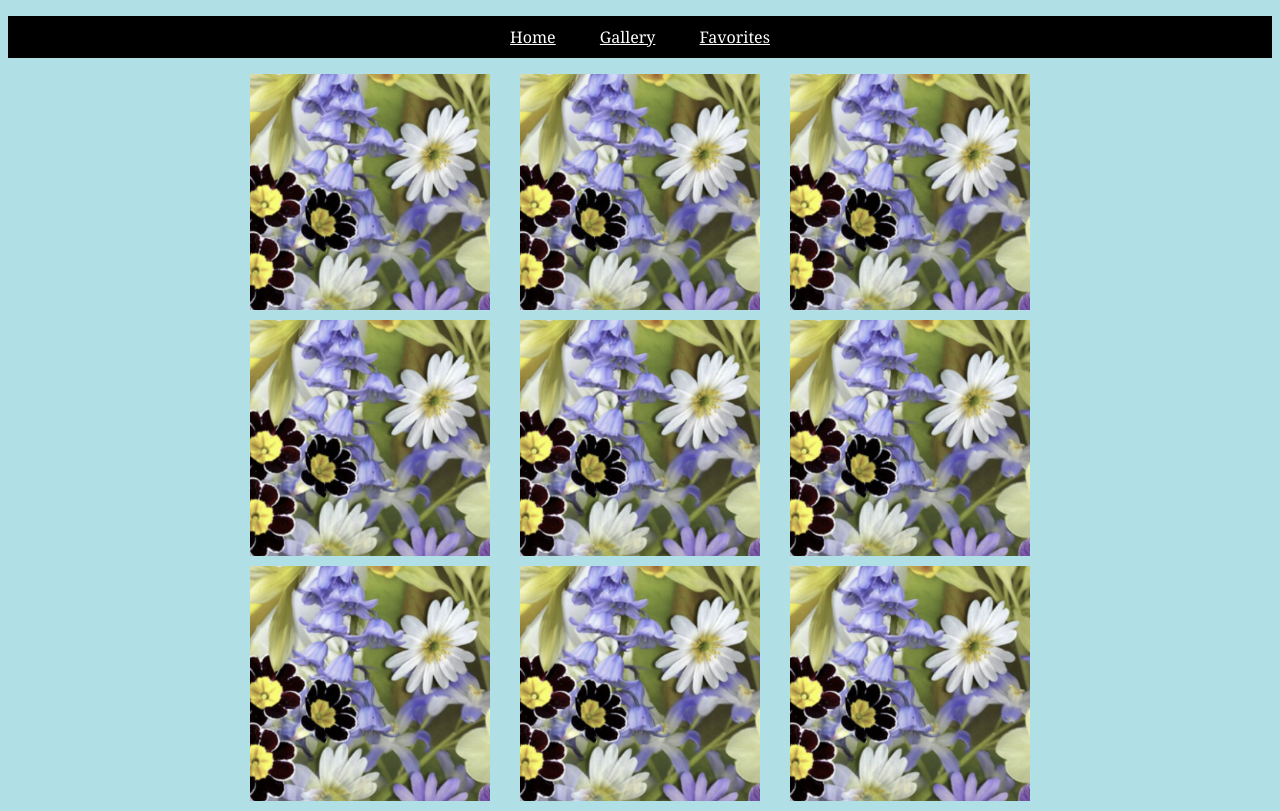
Repository: Brittany-Westlund/WebDesign
Page: Assignment3/gallery.html
These files come from the project's save history. The page is drawn as it stood at one moment and after the next save; the edit follows.
The browser window is 1280 px wide. The pictures show the whole page.

Above is the page before, as saved 2025-06-04 23:16:35.

### Assignment3/gallery.html
<!DOCTYPE html>
<html lang="en">
<head>
    <meta charset="UTF-8">
    <title>Pride and Prejudice Info</title>
    <link rel="stylesheet" href="style/style.css">
</head>

<body>

<nav>
  <ul>
    <li><a href="index.html">Home</a></li>
    <li><a href="gallery.html">Gallery</a></li>
    <li><a href="favorites.html">Favorites</a></li>
  </ul>
</nav>

<div id="gallery">
  <img src="images/wildflowers-square.png" alt="A closeup of wildflowers.">
  <img src="images/wildflowers-square.png" alt="A closeup of wildflowers.">
  <img src="images/wildflowers-square.png" alt="A closeup of wildflowers.">
  <img src="images/wildflowers-square.png" alt="A closeup of wildflowers.">
  <img src="images/wildflowers-square.png" alt="A closeup of wildflowers.">
  <img src="images/wildflowers-square.png" alt="A closeup of wildflowers.">
  <img src="images/wildflowers-square.png" alt="A closeup of wildflowers.">
  <img src="images/wildflowers-square.png" alt="A closeup of wildflowers.">
  <img src="images/wildflowers-square.png" alt="A closeup of wildflowers.">
</div>

</body>
</html>

### Assignment3/style/style.css
/* Here is my body styling. It applies to all of the content on the page. */
    body {
        background-color: #B0E0E6;
        font-family: Georgia, serif;
    }

/* Here is my header styling */
    header {
        border: 5px solid #000000;
        padding: 20px;
        text-align: center;
        background-color: #FFFAFA;
        margin-bottom: 10px;
    }

/* Here is my navigation styling, including list and link styling */
    nav {
        max-width: 100%;
        margin: 0 auto;
        background-color: #000000;
    }

    ul {

        padding: 5px;
        text-align: center;
    }

    li {
        list-style-type: none;
        display: inline-block;
        margin: 0 10px;
        padding: 5px 10px;
    }

    a {
        color: #FFFFFF;
    }

/* Here is my chapter styling */
    .chapter {
        max-width: 100%;
        background-color: #FFFAFA;
        padding: 10px;
        border: 5px solid #000000;
        margin-top: 10px;
        font-family: Tahoma, sans-serif;
    }

/* Here is my flexbox styling */
    #gallery {
    display: flex;
    flex-wrap: wrap;
    justify-content: center;
    max-width: 800px; /* optional: keeps the grid from stretching too far */
    margin: 0 auto;
    margin-bottom: 10px;
    }

    #gallery img {
    width: 30%; /* three images per row (3 x 30% + gaps) */
    height: auto;
    }

/* Centers the h3 inside the div */
    div h3 {
        text-align: center;
    }

/* Here is my footer styling */
    footer {
        background-color: #000000;
        color: #FFFFFF;
        padding: 5px;
        text-align: center;
        margin-top: 10px;
    }

/* Here is my image styling */
    img {
        display: block;
        max-width: 100%;
        margin: 0 auto;
    }

/* Here is my table styling */
    h2 {
        text-align: center;
    }

    table {
        width: 78%;
        margin: 0 auto;
        margin-bottom: 30px;
        background-color: #fdfdfd;
        border: 1px solid #ccc;
        border-radius: 4px;
    }

    th, td {
        padding: 12px;
        border: 1px solid #ccc;
        text-align: left;
    }

    th {
        background-color: #f5f5f5;
        font-weight: bold;
        color: #5a3e36;
    }

/* Here is my form styling */
    form {
        background-color: #f9f7f1;
        padding: 20px;
        border-radius: 10px;
        border: 1px solid #ccc;
        width: 75%;
        margin: 0 auto;
    }

    fieldset {
        border: none;
        padding: 0;
    }

    legend {
        font-size: 1.2rem;
        font-weight: bold;
        margin-bottom: 15px;
    }

    label {
        display: block;
        margin-top: 15px;
        font-weight: bold;
    }

    input[type="text"],
    input[type="email"],
    select {
        width: 100%;
        margin: 0 auto;
        padding: 8px;
        margin-top: 5px;
        font-size: 1rem;
        border: 1px solid #aaa;
        border-radius: 5px;
        box-sizing: border-box;
    }

    button {
        margin-top: 20px;
        background-color: #5a3e36;
        color: white;
        padding: 10px 20px;
        font-size: 1rem;
        border: none;
        border-radius: 6px;
        cursor: pointer;
    }

    button:hover {
        background-color: #7a564f;
    }

/* Here is my flexbox styling */
    div {
        display: flex;
        flex-wrap: wrap;
        justify-content: center;
        gap: 10px; /* spacing between images */
        max-width: 600px; /* optional: keeps the grid from stretching too far */
        margin: 0 auto;
    }

    div img {
        width: 30%; /* three images per row (3 x 30% + gaps) */
        height: auto;
    }






 /* Mobile Styles for Screens 600px or Smaller */
@media (max-width: 600px) {

    body {
        font-size: 16px;
        padding: 10px;
    }

    li {
        display: block;  /* Makes the list items stack vertically */
        margin: 10px 0;
    }

    nav {
        text-align: center;
    }

    header, .chapter, footer {
        padding: 10px;  /* Adds padding to header, .chapter, AND footer content */
    }

}

After the next save:
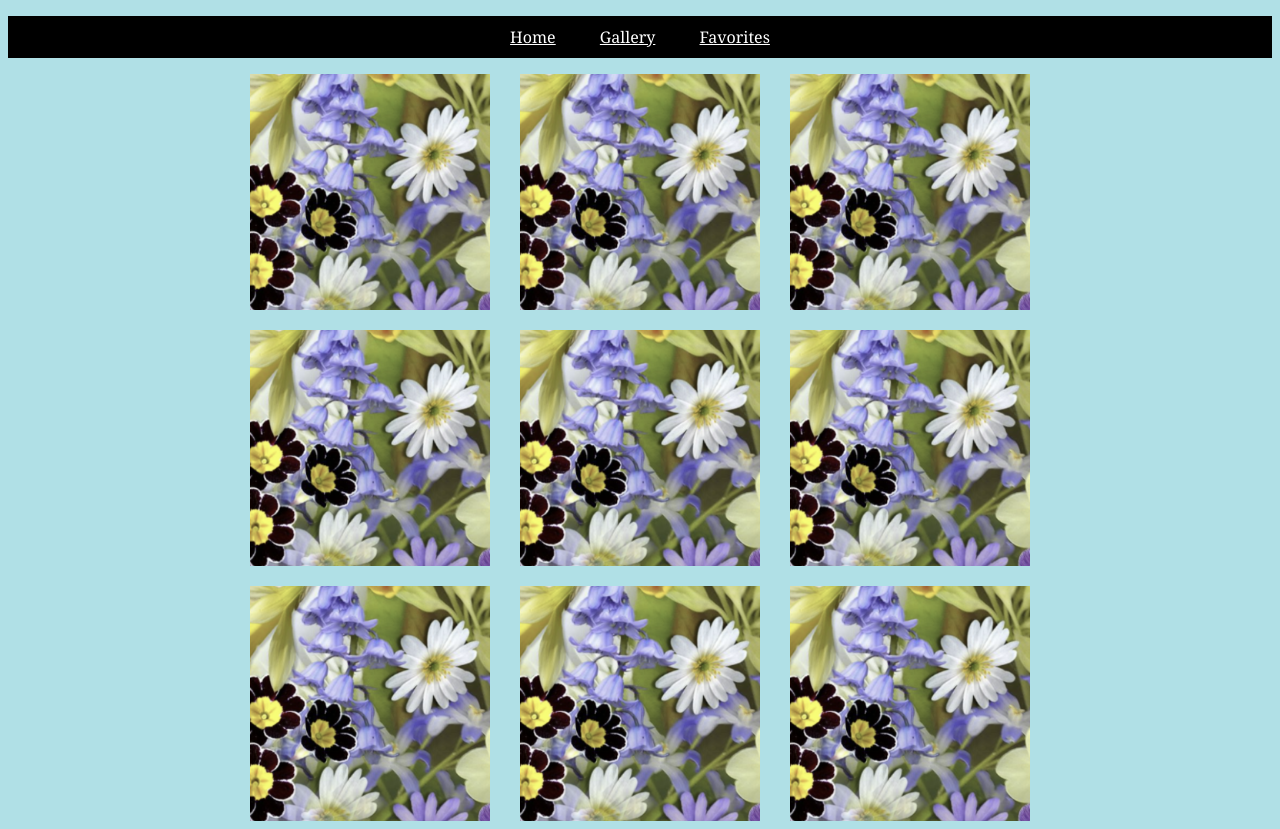
Saved 54 s later.
--- a/Assignment3/style/style.css
+++ b/Assignment3/style/style.css
@@ -54,7 +54,8 @@
     justify-content: center;
     max-width: 800px; /* optional: keeps the grid from stretching too far */
     margin: 0 auto;
-    margin-bottom: 10px;
+    row-gap: 20px; /* vertical spacing */
+    column-gap: 10px; /* horizontal spacing */
     }
 
     #gallery img {
